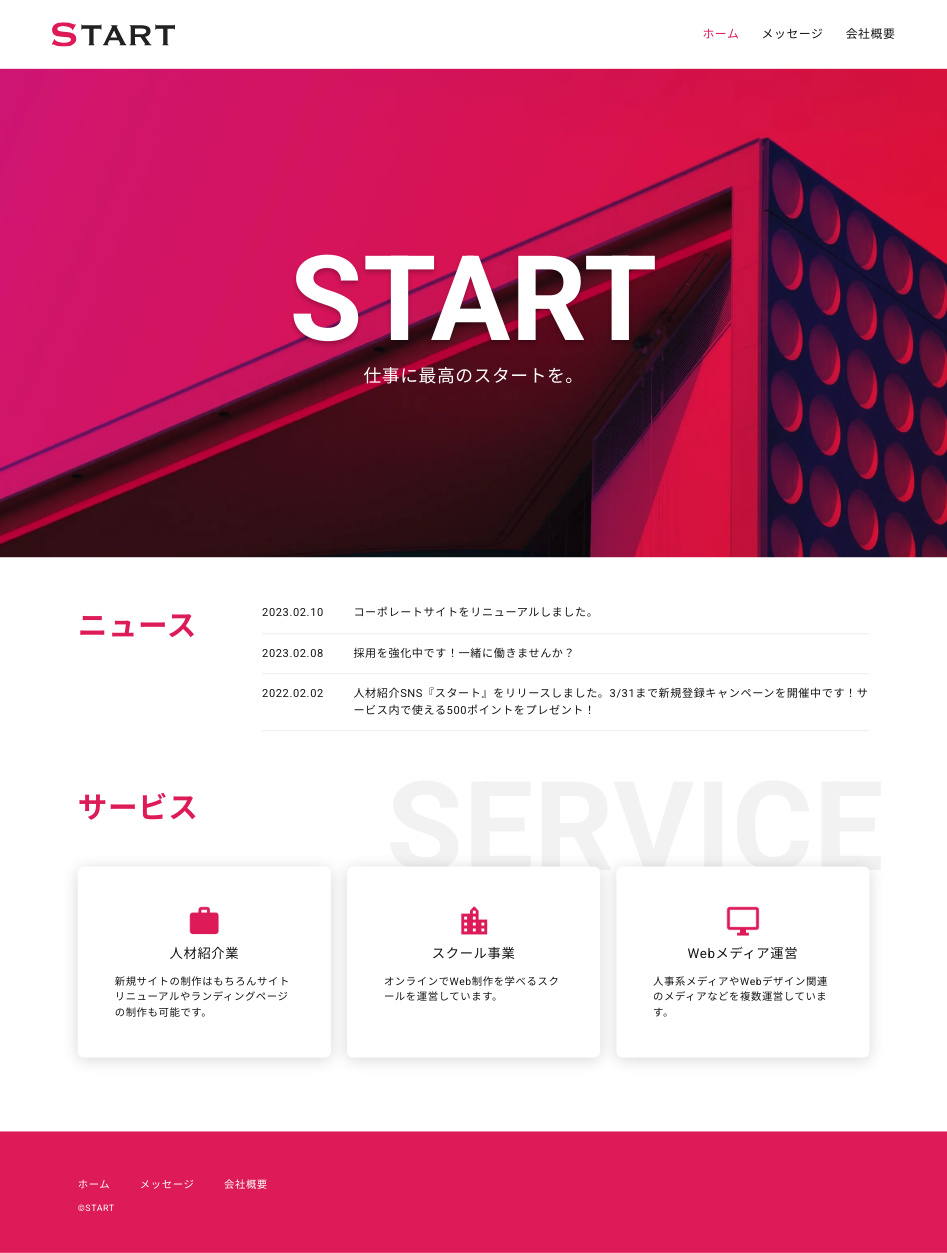
Repository: tetishi/tetishi.github.io
Page: index.html
These files come from the project's save history. The page is drawn as it stood at one moment and after the next save; the edit follows.
The browser window is 1280 px wide. The pictures show the whole page, at 74% of full size.

Above is the page before, as saved 2023-07-16 23:00:39.

After the next save:
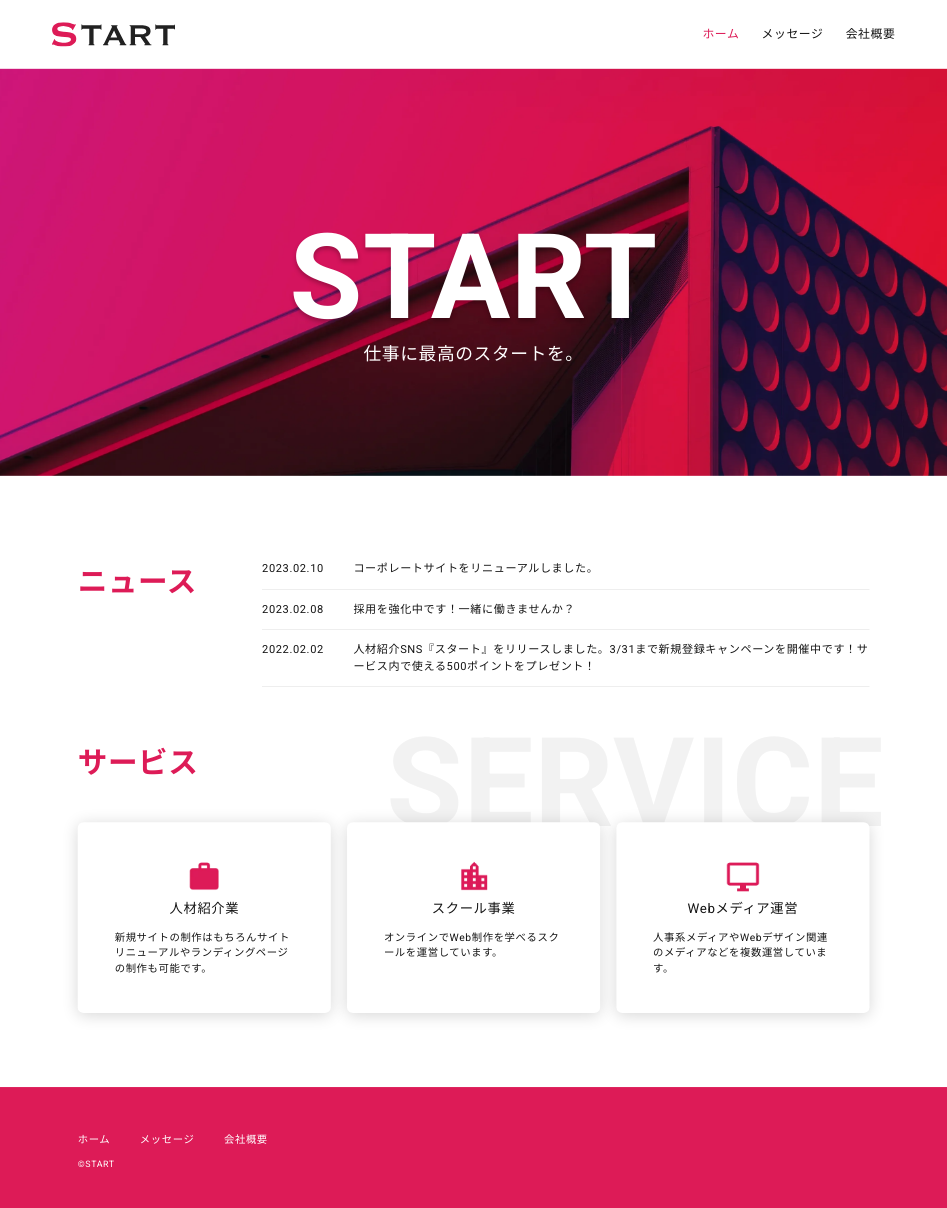
Saved 83 s later.
--- a/css/style.css
+++ b/css/style.css
@@ -71,7 +71,7 @@ a {
     position: relative;
 }
 .fv img {
-    height: calc(100vh - 60px);
+    /* height: calc(100vh - 60px); */
     min-height: 550px;
     object-fit: cover;
 }
